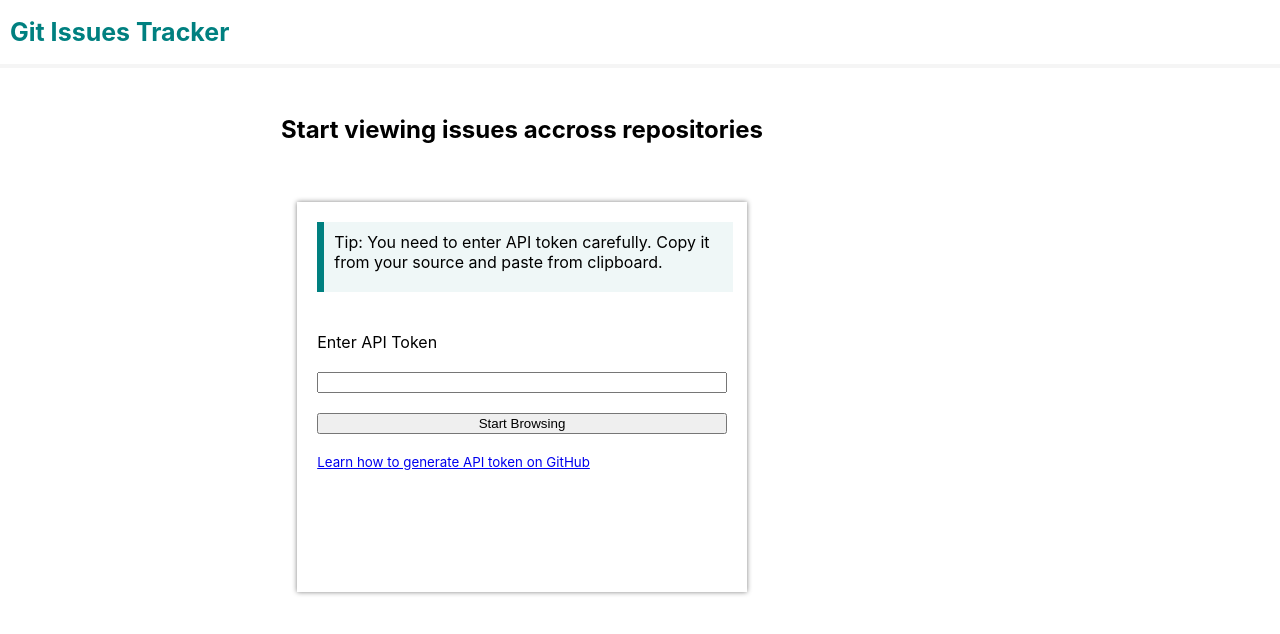
Repository: duzzisantos/github-repos-react-graphql
Page: /start
The author's editor kept a copy of each file at every save. The page is drawn from the files as they stood at one save, then again after the next save.
The browser window is 1280 px wide. The pictures show the whole page.
The project was rebuilt for these pictures with package versions that can differ from the ones it lists, and the page was loaded fresh each time. Also part of the build but not shown: src/components/table/Filters.tsx, src/components/table/Pagination.tsx, src/components/table/TableComponent.tsx, src/components/table/columnHelpers.ts, src/utilities/funtions.ts, src/pages/Repositories.tsx, src/components/cards/Cards.tsx, src/pages/ViewRepository.tsx.

Above is the page before, as saved 2024-06-17 17:35:34.

### src/index.tsx
import React from "react";
import ReactDOM from "react-dom/client";
import "./index.css";
import App from "./App";
import reportWebVitals from "./reportWebVitals";
import { BrowserRouter } from "react-router-dom";
import { ApolloProvider } from "@apollo/client";
import client from "./api/apolloClient";

const root = ReactDOM.createRoot(
  document.getElementById("root") as HTMLElement
);
root.render(
  <React.StrictMode>
    <BrowserRouter>
      <ApolloProvider client={client}>
        <App />
      </ApolloProvider>
    </BrowserRouter>
  </React.StrictMode>
);

// If you want to start measuring performance in your app, pass a function
// to log results (for example: reportWebVitals(console.log))
// or send to an analytics endpoint. Learn more: https://bit.ly/CRA-vitals
reportWebVitals();

### src/App.tsx
import React from "react";
import "./App.css";
import "./styles.scss";
import { Routes, Route } from "react-router-dom";
import StartPage from "./pages/StartPage";
import Repositories from "./pages/Repositories";
import ViewRepository from "./pages/ViewRepository";

function App() {
  return (
    <div className="App">
      <h1>Git Issues Tracker</h1>
      <hr />

      <Routes>
        <Route path="/" element={<StartPage />} />
        <Route path="/start" element={<StartPage />} />
        <Route path="/repositories" element={<Repositories />} />
        <Route path="/owner/repositoryName" element={<ViewRepository />} />
      </Routes>
    </div>
  );
}

export default App;

### src/api/apolloClient.ts
import { ApolloClient, InMemoryCache, createHttpLink } from "@apollo/client";
import { setContext } from "@apollo/client/link/context";

const http = createHttpLink({
  uri: "https://api.github.com/graphql",
});

const auth = setContext((_, { headers }) => {
  const apiToken = localStorage.getItem("authToken");

  return {
    headers: {
      ...headers,
      authorization: `Bearer ${apiToken}`,
    },
  };
});

const client = new ApolloClient({
  link: auth.concat(http),
  cache: new InMemoryCache(),
});

export default client;

### src/App.css
.container {
  width: 90%;
  align-items: center;
  justify-content: center;
  bottom: 0;
  padding: 10px 10px;
}

.display-items {
  width: 100%;
  display: flex;
  flex-direction: row;
  flex-wrap: wrap;
  gap: 1.5%;
}

.small-card {
  width: 300px;
  height: 120px;
  display: flex;
  flex-direction: column;
  justify-content: center;
  text-align: center;
  box-shadow: 0px 0px 3px gray;
}

### src/styles.scss
.container {
  width: 80%;
  display: flex;
  flex-direction: column;
}

h1 {
  font-size: 25px;
  padding: 0 10px;
  color: teal;
}

hr {
  border: 2px solid whitesmoke;
}

.display-item {
  width: 80%;
}

form {
  width: 50%;
  height: 350px;
  display: flex;
  flex-direction: column;
  box-shadow: 0px 0px 5px gray;
  padding: 20px 20px;
}

.form-group {
  display: flex;
  flex-direction: column;
}

.user-tip {
  height: 50px;
  width: 95%;
  padding: 10px 10px;
  margin-bottom: 40px;
  border-left: 7px solid teal;
  background-color: rgb(239, 247, 247);
}

label,
input,
.primary-btn {
  margin-bottom: 20px;
}

### src/pages/StartPage.tsx
import React from "react";
import Container from "src/components/Container";
import Form from "src/components/Form";

const StartPage = () => {
  return (
    <Container
      pageSubTitle="Start viewing issues accross repositories"
      children={<Form />}
    />
  );
};

export default StartPage;

### src/components/Container.tsx
import React from "react";

interface ContainerProps {
  pageSubTitle: string;
  repositoryOwner?: string;
  children: any;
}

const Container = ({
  pageSubTitle,
  children,
  repositoryOwner,
}: ContainerProps) => {
  return (
    <main className="container">
      <section className="container">
        <h2>{pageSubTitle}</h2>
        <h3>{repositoryOwner}</h3>
        {children}
      </section>
    </main>
  );
};

export default Container;

### src/components/Form.tsx
import React, { useState } from "react";
import { useNavigate } from "react-router-dom";
import { useLazyQuery } from "@apollo/client";
import { GET_ALL_REPOSITORIES } from "src/api/queryhelper";
//We need to specify the types of data we would be utilizing as state

const Form = () => {
  const [apiToken, setApiToken] = useState("");
  const [apiPayLoad, setApiPayload] = useState([]);
  const [getRepositories, { loading, error, data }] =
    useLazyQuery(GET_ALL_REPOSITORIES);

  const navigate = useNavigate();

  const handleChange = (e: any) => {
    setApiToken(e.target.value);
  };

  const handleSubmit = () => {
    localStorage.setItem("authToken", apiToken);

    //We make the GraphQL API call here
    getRepositories()
      .then((res: any) => {
        console.log(res.data);
        setApiPayload(res.data.viewer.repositories.nodes);
      })
      .catch((err) => {
        console.warn(err?.message);
      });
  };

  if (data) {
    navigate("/repositories", {
      state: {
        //this is the result we want to consume as we navigate to the /repositories route
        data: data.viewer.repositories.nodes,
        error: error,
        loading: loading,
        apiPayLoad,
      },
    });
  }

  return (
    <form>
      <div className="user-tip">
        Tip: You need to enter API token carefully. Copy it from your source and
        paste from clipboard.
      </div>

      <div className="form-group">
        <label htmlFor="apiToken">Enter API Token</label>
        <input
          type="text"
          name="apiToken"
          value={apiToken}
          onChange={handleChange}
        />
        <button className="primary-btn" type="button" onClick={handleSubmit}>
          Start Browsing
        </button>

        <strong>{error && error.message}</strong>
      </div>
      <small className="form-text" id="info">
        <a
          title="Read short documentation"
          href="https://docs.github.com/en/authentication/keeping-your-account-and-data-secure/managing-your-personal-access-tokens"
        >
          Learn how to generate API token on GitHub
        </a>
      </small>
    </form>
  );
};

export default Form;

### src/api/queryhelper.ts
import { gql } from "@apollo/client";

const GET_ALL_REPOSITORIES = gql`
  query {
    viewer {
      repositories(first: 50) {
        nodes {
          id
          name
          owner {
            login
          }
          visibility
          stargazerCount
          forkCount
          url
          issues {
            totalCount
          }
          licenseInfo {
            name
          }
          updatedAt
          createdAt
        }
      }
    }
  }
`;

const GET_REPOSITORY_BY_NAME = gql`
  query ($name: NAME!) {
    node(name: $name) {
      ... on Repository {
        id
        name
        owner {
          login
        }
        visibility
        stargazerCount
        forkCount
        url
        issues {
          totalCount
        }
        licenseInfo {
          name
        }
        updatedAt
        createdAt
      }
    }
  }
`;

export { GET_ALL_REPOSITORIES, GET_REPOSITORY_BY_NAME };

Loaded but not shown: public/index.html (common file); src/index.css (common file); src/reportWebVitals.ts (common file)

After the next save:
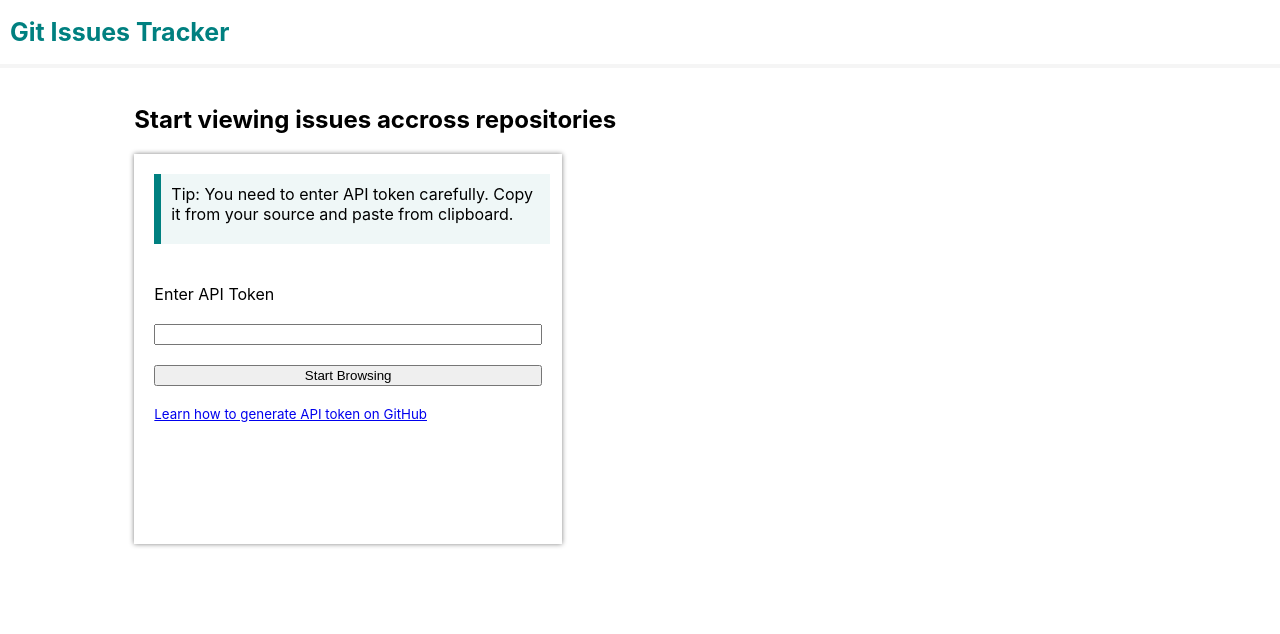
Saved 51 s later.
--- a/src/components/Container.tsx
+++ b/src/components/Container.tsx
@@ -13,7 +13,7 @@ const Container = ({
 }: ContainerProps) => {
   return (
     <main className="container">
-      <section className="container">
+      <section>
         <h2>{pageSubTitle}</h2>
         <h3>{repositoryOwner}</h3>
         {children}
